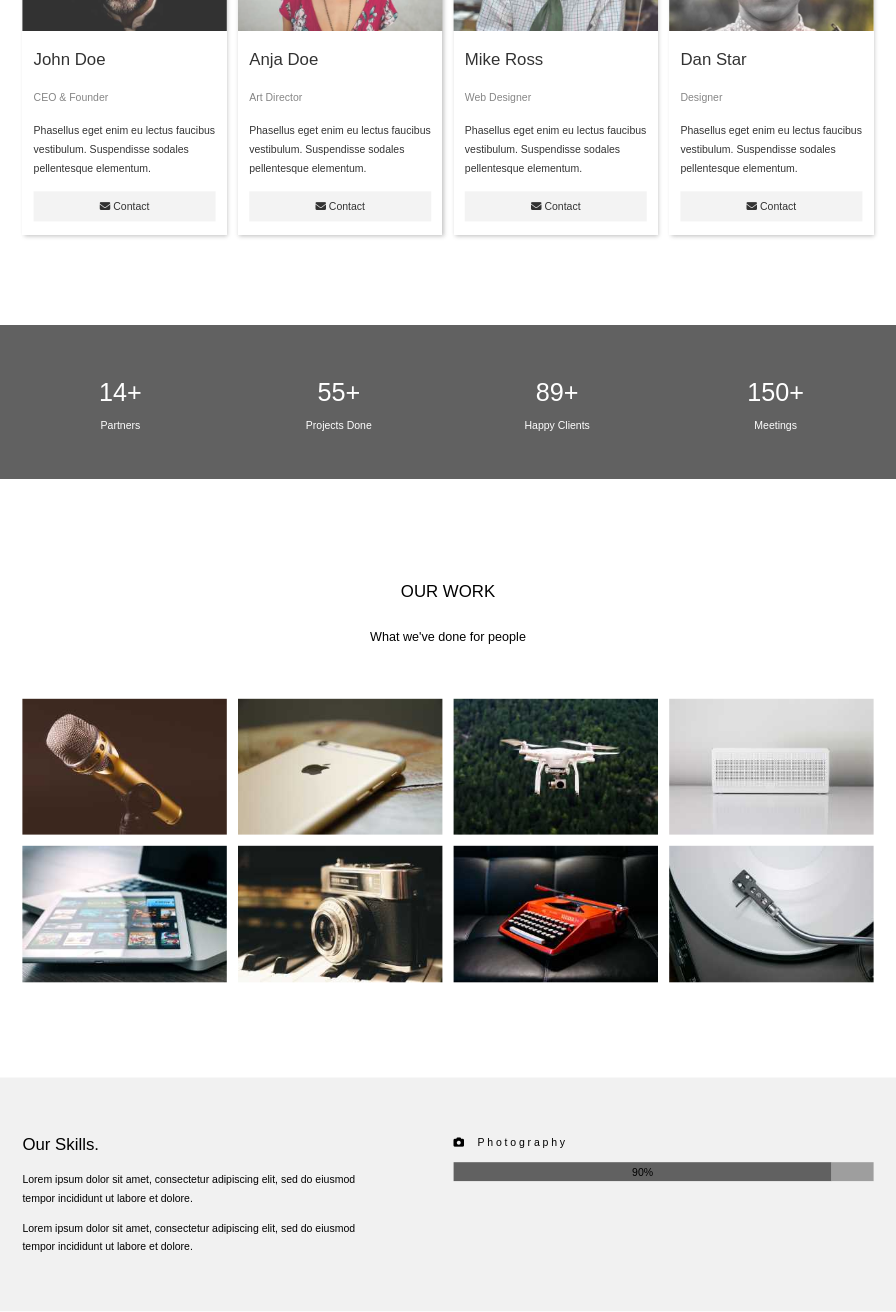
Repository: husterDC/Test
Page: index.html
These files come from the project's save history. The page is drawn as it stood at one moment and after the next save; the edit follows.
The browser window is 1280 px wide. The pictures show the part of the page from y = 2705 to 4625 px (the page is 4579 px tall before and 4625 px after), at 70% of full size.

Above is the page before, as saved 2022-10-14 09:23:29.

### index.html
<!DOCTYPE html>
<html lang="en">
<head>
    <meta charset="UTF-8">
    <meta http-equiv="X-UA-Compatible" content="IE=edge">
    <meta name="viewport" content="width=device-width, initial-scale=1.0">
    <title>Document</title>
    <link rel="stylesheet" href="./assets/base.css">
    <link rel="stylesheet" href="./assets/style.css">
    <link rel="stylesheet" href="./assets/css/responsive.css">
    <link rel="stylesheet" href="./fonts/themify-icons/themify-icons.css">
    <link rel="stylesheet" href="./assets/fontawesome-free-6.1.1-web/css/all.min.css">
</head>
</head>
<body>
    <div class="header">
        <div class="header_logo">
            <a href="" class="header_logo-link">Logo</a>
        </div>
        <div class="header_nav">
            <ul class="header_nav-menu">
                <li class="header_nav-item">

                    <a href="#container_about" class="header_nav-link">ABOUT</a>
                </li>
                <li class="header_nav-item">
                    <a href="#container_team" class="header_nav-link">
                        <i class="header_nav-icon header-nav_icon fa-solid fa-user-plus"></i>
                        TEAM
                    </a>
                </li>
                <li class="header_nav-item">
                    <a href="#container_work" class="header_nav-link">
                        <i class="header_nav-icon fa-solid fa-grip"></i>
                        WORK
                    </a>
                </li>
                <li class="header_nav-item">
                    <a href="" class="header_nav-link">
                        <i class="header_nav-icon fa-solid fa-dollar-sign"></i>
                        PRICING
                    </a>
                </li>
                <li class="header_nav-item">
                    <a href="" class="header_nav-link">
                        <i class="header_nav-icon fa-solid fa-envelope"></i>
                        CONTACT
                    </a>
                </li>
            </ul>
        </div>
    </div>
    <div class="slider">
        <div class="slider_content">
            <div class="slider_title">Start something that matters</div>
            <div class="slider_dec">Stop wasting valuable time with projects that just isn't you.</div>
            <a href="" class="slider_link">
                <button class="slider_btn">Learn more and start today</button>
            </a>
        </div>
        <div class="slider_social">
            <a href="" class="slider_social-link"><i class="slider_social-icon fa-brands fa-facebook"></i></a>
            <a href="" class="slider_social-link"><i class="slider_social-icon fa-brands fa-instagram"></i></a>
            <a href="" class="slider_social-link"><i class="slider_social-icon fa-brands fa-snapchat"></i></a>
            <a href="" class="slider_social-link"><i class="slider_social-icon fa-brands fa-pinterest-p"></i></a>
            <a href="" class="slider_social-link"><i class="slider_social-icon fa-brands fa-twitter"></i></a>
            <a href="" class="slider_social-link"><i class="slider_social-icon fa-brands fa-linkedin-in"></i></a>
        </div>
    </div>
    <div class="container">
        <div class="container_base" id="container_about">
            <div class="container_about-title">ABOUT THE COMPANY</div>
            <div class="container_about-dec">Key features of our company</div>
            <div class="container_about-member">
                <div class="container_about-item">
                    <i class="container_about-item-icon fa-solid fa-desktop"></i>
                    <div class="container_about-item-name">Responsive</div>
                    <div class="container_about-item-dec">Lorem ipsum dolor sit amet, consectetur adipiscing elit, sed do eiusmod tempor incididunt ut labore et dolore.</div>
                </div>
                <div class="container_about-item">
                    <i class="container_about-item-icon fa-solid fa-heart"></i>
                    <div class="container_about-item-name">Passion</div>
                    <div class="container_about-item-dec">Lorem ipsum dolor sit amet, consectetur adipiscing elit, sed do eiusmod tempor incididunt ut labore et dolore.</div>
                </div>
                <div class="container_about-item">
                    <i class="container_about-item-icon fa-regular fa-gem"></i>
                    <div class="container_about-item-name">Design</div>
                    <div class="container_about-item-dec">Lorem ipsum dolor sit amet, consectetur adipiscing elit, sed do eiusmod tempor incididunt ut labore et dolore.</div>
                </div>
                <div class="container_about-item">
                    <i class="container_about-item-icon fa-solid fa-gear"></i>
                    <div class="container_about-item-name">Support</div>
                    <div class="container_about-item-dec">Lorem ipsum dolor sit amet, consectetur adipiscing elit, sed do eiusmod tempor incididunt ut labore et dolore.</div>
                </div>
            </div>
        </div>
        <div class="container_base container_about-sub">
            <div class="container_about-sub-wrap">
                <div class="container_about-sub-title">We know design.</div>
                <div class="container_about-sub-dec">Lorem ipsum dolor sit amet, consectetur adipiscing elit, sed do eiusmod <br> tempor incididunt ut labore et dolore.</div>
                <a href="" class="container_about-sub-btn">
                    <i class="container_about-sub-icon fa-solid fa-grip"></i>
                    View Our Works
                </a>
            </div>
            <img src="./assets/img/phone_buildings.jpg" alt="" class="container_about-img">
        </div>
        <div class="container_base" id="container_team">
            <div class="container_team-title">THE TEAM</div>
            <div class="container_team-dec">The ones who runs this company</div>
            <div class="container_team-member">
                <div class="container_team-item">
                    <img src="./assets/img/team2.jpg" alt="" class="container_team-item-img">
                    <div class="container_team-item-wrap">
                        <div class="container_team-item-name">John Doe</div>
                        <div class="container_team-item-position">CEO & Founder</div>
                        <div class="container_team-item-dec">Phasellus eget enim eu lectus faucibus vestibulum. Suspendisse sodales pellentesque elementum.</div>
                        <a href="" class="container_team-btn">
                            <i class="header_nav-icon fa-solid fa-envelope"></i>
                            Contact
                        </a>
                    </div>
                </div>
                <div class="container_team-item">
                    <img src="./assets/img/team1.jpg" alt="" class="container_team-item-img">
                    <div class="container_team-item-wrap">
                        <div class="container_team-item-name">Anja Doe</div>
                        <div class="container_team-item-position">Art Director</div>
                        <div class="container_team-item-dec">Phasellus eget enim eu lectus faucibus vestibulum. Suspendisse sodales pellentesque elementum.</div>
                        <a href="" class="container_team-btn">
                            <i class="header_nav-icon fa-solid fa-envelope"></i>
                            Contact
                        </a>
                    </div>
                </div>
                <div class="container_team-item">
                    <img src="./assets/img/team3.jpg" alt="" class="container_team-item-img">
                    <div class="container_team-item-wrap">
                        <div class="container_team-item-name">Mike Ross</div>
                        <div class="container_team-item-position">Web Designer</div>
                        <div class="container_team-item-dec">Phasellus eget enim eu lectus faucibus vestibulum. Suspendisse sodales pellentesque elementum.</div>
                        <a href="" class="container_team-btn">
                            <i class="header_nav-icon fa-solid fa-envelope"></i>
                            Contact
                        </a>
                    </div>
                </div>
                <div class="container_team-item">
                    <img src="./assets/img/team4.jpg" alt="" class="container_team-item-img">
                    <div class="container_team-item-wrap">
                        <div class="container_team-item-name">Dan Star</div>
                        <div class="container_team-item-position">Designer</div>
                        <div class="container_team-item-dec">Phasellus eget enim eu lectus faucibus vestibulum. Suspendisse sodales pellentesque elementum.</div>
                        <a href="" class="container_team-btn">
                            <i class="header_nav-icon fa-solid fa-envelope"></i>
                            Contact
                        </a>
                    </div>
                </div>
            </div>
        </div>
        <div class="container_team-sub">
            <div class="container_team-sub-item">
                <div class="container_team-sub-num">14+</div>
                <div class="container_team-sub-text">Partners</div>
            </div>
            <div class="container_team-sub-item">
                <div class="container_team-sub-num">55+</div>
                <div class="container_team-sub-text">Projects Done</div>
            </div>
            <div class="container_team-sub-item">
                <div class="container_team-sub-num">89+</div>
                <div class="container_team-sub-text">Happy Clients</div>
            </div>
            <div class="container_team-sub-item">
                <div class="container_team-sub-num">150+</div>
                <div class="container_team-sub-text">Meetings</div>
            </div>
        </div>
        <div class="container_base" id="container_work">
            <div class="container_work-title">OUR WORK</div>
            <div class="container_work-dec">What we've done for people</div>
            <div class="container_work-member">
                <div class="container_work-list">
                    <img src="./assets/img/work1.jpg" alt="" class="container_work-item">
                    <img src="./assets/img/work2.jpg" alt="" class="container_work-item">
                    <img src="./assets/img/work3.jpg" alt="" class="container_work-item">
                    <img src="./assets/img/work4.jpg" alt="" class="container_work-item">
                </div>
                <div class="container_work-list">
                    <img src="./assets/img/work5.jpg" alt="" class="container_work-item">
                    <img src="./assets/img/work6.jpg" alt="" class="container_work-item">
                    <img src="./assets/img/work7.jpg" alt="" class="container_work-item">
                    <img src="./assets/img/work8.jpg" alt="" class="container_work-item">
                </div>
            </div>
        </div>
        <div class="container_work-skill">
            <div class="container_work-skill-text">
                <div class="container_work-skill-title">Our Skills.</div>
                <div class="container_work-skill-dec">Lorem ipsum dolor sit amet, consectetur adipiscing elit, sed do eiusmod
                    tempor incididunt ut labore et dolore.
                </div>
                <div class="container_work-skill-dec">Lorem ipsum dolor sit amet, consectetur adipiscing elit, sed do eiusmod
                        tempor incididunt ut labore et dolore.
                </div>
            </div>
            <div class="container_work-skill-chart">
                <i class="container_work-skill-chart-icon fa-solid fa-camera"></i>
                <p class="container_work-skill-chart-name">Photography</p>
                <div class="container_work-skill-chart-bar1">
                    90%
                </div>
                </div>
            </div>
        </div>
    </div>
</body>
</html>

### assets/base.css
html {
    font-size: 16px;
    line-height: 1.8;
    font-family: 'Roboto', sans-serif;
    box-sizing: border-box;
}
.container_base {
    padding: 128px 16px;
}

### assets/style.css
* {
    padding: 0;
    margin: 0;
    box-sizing: border-box;
}
html {

    scroll-behavior: smooth;
    font-family: Arial, Helvetica, sans-serif;
}
.white-text {
    color: #fff;
}
.clear {
    clear: both;
}
.header {
    height: 60px;
    width: 100%;
    font-size: 15px;
    background-color: #fff;
    display: flex;
    align-items: center;
    position: fixed;
    box-shadow: 0 2px 6px rgb(180, 180, 180);
    z-index: 2;
}
.header_logo {
    flex: 1;
    font-size: 18px;
    letter-spacing: 4px;
    opacity: 0.6;
}
.header_logo-link {
    position: absolute;
    left: 0;
    top: 50%;
    transform: translateY(-50%);
    padding: 0 16px;
    text-align: center;
    line-height: 60px;

}
.header_nav-menu {
    position: absolute;
    right: 0;
    top: 50%;
    transform: translateY(-50%);
    text-align: center;
}
.header_nav-item {
    line-height: 60px;
    display: inline-block;
    margin: 0;
    padding: 0 16px;
}
.header_logo-link,
.header_nav-link {
    text-decoration: none;
    color: #000;
}
.header_logo-link:hover,
.header_nav-item:hover {
    background-color: #ccc;
    cursor: pointer;
}
.slider {
    position: relative;
    height: 969px;
    background: url('./img/mac.jpg') top center / cover no-repeat;
    color: #fff;
    font-size: 18px;
    padding: 0 48px;
}
.slider_content {
    position: absolute;
    top: 50%;
    transform: translateY(-50%);
}
.slider_title {
    font-size: 64px;
    margin-bottom: 50px;
}
.slider_dec {
    margin: 15px 0;
}
.slider_btn {
    background-color: rgba(256,256,256, 0.6);
    font-size: 18px;
    border: none;
    padding: 20px 24px;
    margin-top: 20px;
}
.slider_btn:hover {
    background-color: #ccc;
}
.slider_social {
    position: absolute;
    bottom: 3%;
}
.slider_social-link {
    color: #757575;
}
.slider_social-link:hover {
    opacity: 0.6;
}
#container_about,
#container_work {
    font-size: 18px;
    text-align: center;
}
.container_about-title,
.container_team-title,
.container_work-title {
    font-size: 24px;
    margin: 10px 0;
}
.container_about-dec,
.container_team-dec,
.container_work-dec {
    margin: 28px 0 18px;
}
.container_about-member {
    display: flex;
    margin-top: 72px;
    padding: 0 8px;
}
.container_about-item-icon {
    font-size: 64px;
    margin-bottom: 16px;
}
.container_about-item-name {
    margin: 18px 0;
}
.container_about-item-dec {
    font-size: 15px;
    margin: 24px 8px 15px;
    line-height: 1.8;
}
.container_about-sub {
    background-color: #f1f1f1;
    display: flex;
    font-size: 15px;
}
.container_about-sub-wrap {
    flex: 1;
    padding: 0 16px;
}
.container_about-img {
    width: 50%;
    height: auto;
    border-radius: 24px;
    padding: 0 16px;
}
.container_about-sub-title {
    font-size: 24px;
    margin: 10px 0;
}
.container_about-sub-dec {
    margin: 15px 0 24px;
}
.container_about-sub-btn {
    background-color: #000;
    color: #fff;
    text-decoration: none;
    padding: 12px 16px;
}
.container_about-sub-btn:hover {
    color: #000;
    background-color: #ccc;
}
#container_team {
    font-size: 15px;
    text-align: center;
}
.container_team-dec {
    font-size: 18px;
}
.container_team-member {
    display: flex;
    margin-top: 64px;
    padding: 0 8px;
    opacity: 0.8;
}
.container_team-item {
    width: 25%;
    margin: 0 8px;
    text-align: left;
    box-shadow: 2px 2px 6px rgb(180, 180, 180);
}
.container_team-item-img {
    width: 100%;
}
.container_team-item-wrap {
    margin: 0 16px;
}
.container_team-item-name {
    font-size: 24px;
    margin: 10px 0;
}
.container_team-item-position {
    margin: 20px 0;
    opacity: 0.6;
}
.container_team-item-dec {
    margin: 16px 0;
}
.container_team-btn {
    display: block;
    width: 100%;
    padding: 8px 0;
    text-align: center;
    color: #000;
    text-decoration: none;
    background-color: #f1f1f1;
    margin: 20px 0;
}
.container_team-btn:hover {
    color: #000;
    background-color: #ccc;
}
.container_team-sub {
    padding: 64px 16px;
    background-color: #616161;
    color: white;
    display: flex;
    justify-content: center;
    text-align: center;
    font-size: 15px;
}
.container_team-sub-item {
    width: 25%;
}
.container_team-sub-num {
    font-size: 36px;
}
.container_work-member {
    width: 100%;
    margin-top: 64px;
}
.container_work-list {
    display: flex;
    padding: 0 8px;
}
.container_work-item {
    width: 25%;
    padding: 8px;
}
.container_work-item:hover {
    opacity: 0.6;
}
.container_work-skill {
    padding: 64px 24px;
    background-color: #f1f1f1;
    display: flex;
    font-size: 15px;
}
.container_work-skill-text {
    padding: 0 8px;
    width: 50%;
}
.container_work-skill-title {
    font-size: 24px;
    margin: 10px 0;
}
.container_work-skill-dec {
    margin: 15px 0;
    width: 80%;
}
.container_work-skill-chart {
    padding: 0 8px;
    width: 50%;
}
.container_work-skill-chart-icon {
    margin: 15px 15px 15px 0;
}
.container_work-skill-chart-name {
    display: inline-block;
    margin: 15px 0;
    letter-spacing: 4px;
}
.container_work-skill-chart-bar1 {
    display: block;
    position: relative;
    background-color: #616161;
    text-align: center;
    width: 90%;
}
.container_work-skill-chart-bar1::after {
    content: "";
    display: block;
    position: absolute;
    background-color: #9e9e9e;
    width: calc(100% * 10 / 90);
    height: 100%;
    top: 0;
    right: calc(100% * 10 / 90 * -1);
}

Loaded but not shown: fonts/themify-icons/themify-icons.css (common file); assets/fontawesome-free-6.1.1-web/css/all.min.css (library); assets/responsive.css (no copy from this time; the picture is the same without it)

After the next save:
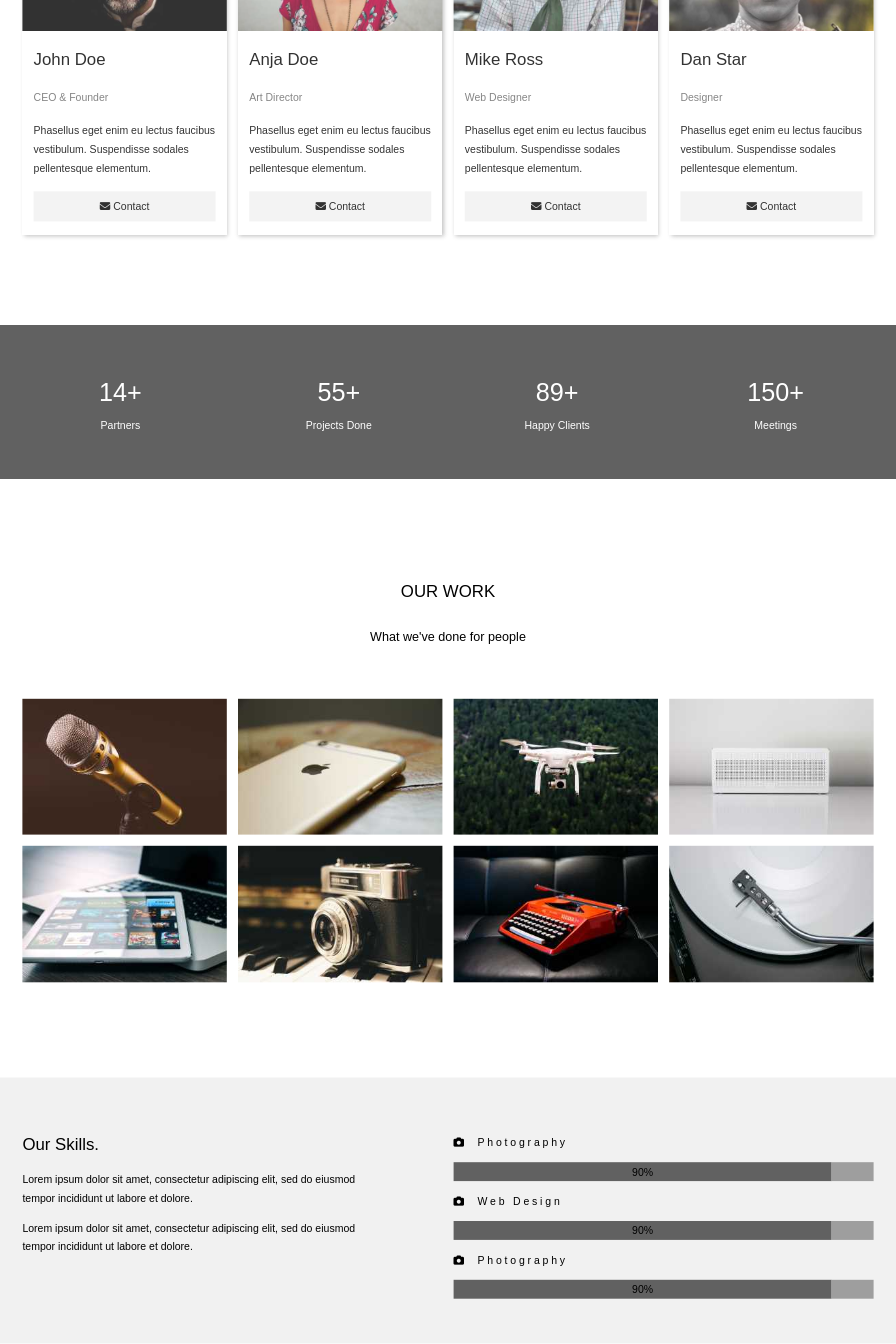
Saved 45 s later.
--- a/index.html
+++ b/index.html
@@ -211,6 +211,16 @@
                 <div class="container_work-skill-chart-bar1">
                     90%
                 </div>
+                <i class="container_work-skill-chart-icon fa-solid fa-camera"></i>
+                <p class="container_work-skill-chart-name">Web Design</p>
+                <div class="container_work-skill-chart-bar1">
+                    90%
+                </div>
+                <i class="container_work-skill-chart-icon fa-solid fa-camera"></i>
+                <p class="container_work-skill-chart-name">Photography</p>
+                <div class="container_work-skill-chart-bar1">
+                    90%
+                </div>
                 </div>
             </div>
         </div>
